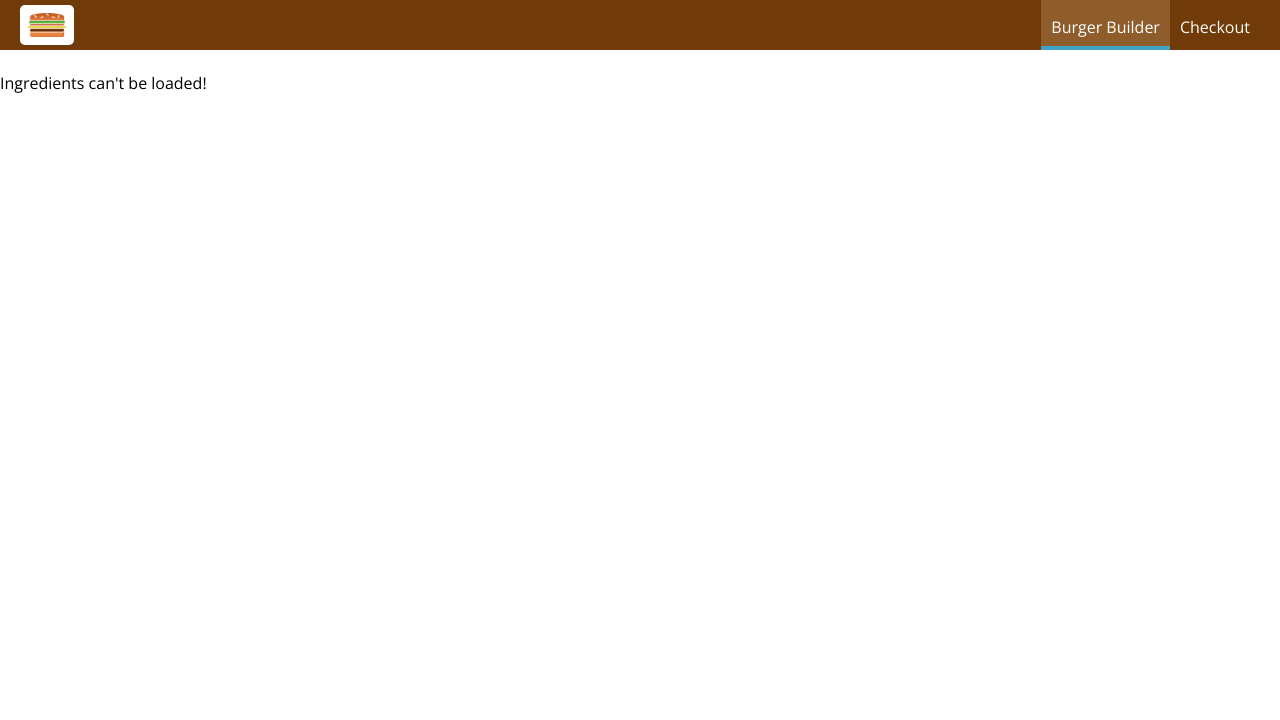
Repository: AbdulMutaal/Burger-Builder
Page: /
The author's editor kept a copy of each file at every save. The page is drawn from the files as they stood at one save, then again after the next save.
The browser window is 1280 px wide. The pictures show the whole page.
The page's requests for data from a server got no answer. The project was rebuilt for these pictures with package versions that can differ from the ones it lists, and the page was loaded fresh each time. No one was signed in, and anything a server would have sent is missing. Also part of the build but not shown: src/components/UI/Backdrop/Backdrop.module.css, src/components/UI/Backdrop/Backdrop.js, src/components/Burger/BuildControls/BuildControls.module.css, src/components/Burger/BuildControls/BuildControl/BuildControl.module.css, src/components/Burger/BuildControls/BuildControl/BuildControl.js, src/components/Burger/BuildControls/BuildControls.js, src/components/Burger/OrderSummary/OrderSummary.js, src/components/UI/Spinner/Spinner.module.css.

Above is the page before, as saved 2021-12-15 18:43:00.

### src/index.css
body {
  margin: 0;
  font-family: "Open Sans", sans-serif;
}

### src/App.js
import Layout from './hoc/Layout/Layout';
import BurgerBuilder from './containers/BurgerBuilder/BurgerBuilder';

function App() {
  return (
    <div>
      <Layout>
        <BurgerBuilder />
      </Layout>
    </div>
  );
}

export default App;

### src/hoc/Layout/Layout.js
import React, { Component } from 'react';

import Auxiliary from '../Auxiliary/Auxiliary';
import classes from './Layout.module.css';
import Toolbar from '../../components/Navigation/Toolbar/Toolbar';
import SideDrawer from '../../components/Navigation/SideDrawer/SideDrawer';

class Layout extends Component {
    state = {
        showSideDrawer: false
    };

    sideDrawerClosedHandler = () => {
        this.setState({showSideDrawer: false});
    }

    sideDrawerToggleHandler = () => {
        this.setState(( prevState ) => {
            return {showSideDrawer: !prevState.showSideDrawer}
        });
    }

    render () {
        return (
            <Auxiliary>
                <Toolbar drawerToggleClicked={this.sideDrawerToggleHandler} />
                <SideDrawer
                    open={this.state.showSideDrawer}
                    closed={this.sideDrawerClosedHandler} />
                <main className={classes.Content}>
                    {this.props.children}
                </main>
            </Auxiliary>
        );
    }
}


export default Layout;

### src/components/Navigation/Toolbar/Toolbar.js
import React from 'react';

import classes from './Toolbar.module.css';
import Logo from '../../Logo/Logo';
import NavigationItems from '../NavigationItems/NavigationItems';
import DrawerToggle from '../SideDrawer/DrawerToggle/DrawerToggle';

const toolbar = (props) => (
    <header className={classes.Toolbar}>
        <DrawerToggle clicked={props.drawerToggleClicked} />
        <div className={classes.Logo}>
            <Logo />
        </div>
        <nav className={classes.DesktopOnly}>
            <NavigationItems />
        </nav>
    </header>
);

export default toolbar;

### src/components/Navigation/SideDrawer/SideDrawer.js
import React from 'react';

import Logo from '../../Logo/Logo';
import NavigationItems from '../NavigationItems/NavigationItems';
import classes from './SideDrawer.module.css';
import Backdrop from '../../UI/Backdrop/Backdrop';
import Auxiliary from '../../../hoc/Auxiliary/Auxiliary';

const sideDrawer = (props) => {
    let attachedClasses = [classes.SideDrawer, classes.Close];

    if (props.open) {
        attachedClasses = [classes.SideDrawer, classes.Open];
    }

    return (
        <Auxiliary>
            <Backdrop show={props.open} clicked={props.closed} />
            <div className={attachedClasses.join(' ')}>
                <div className={classes.Logo}>
                    <Logo />
                </div>
                <nav>
                    <NavigationItems />
                </nav>
            </div>
        </Auxiliary>
    );
}

export default sideDrawer;

### src/components/UI/Modal/Modal.js
import React, { Component } from 'react';

import classes from './Modal.module.css';
import Auxiliary from '../../../hoc/Auxiliary/Auxiliary';
import Backdrop from '../Backdrop/Backdrop';

class Modal extends Component {

    shouldComponentUpdate (nextProps, nextState) {
        return nextProps.show !== this.props.show || nextProps.children !== this.props.children;
    }

    // componentDidUpdate () {
    //     console.log('[Modal] Will Update');
    // }

    render () {
        return (
            <Auxiliary>
                <Backdrop show={this.props.show} clicked={this.props.modalClosed} />
                <div
                    className={classes.Modal}
                    style={{
                        transform: this.props.show ? 'translateY(0)' : 'translateY(-100vh)',
                        opacity: this.props.show ? '1' : '0'
                    }}>
                    {this.props.children}
                </div>
            </Auxiliary>
        );
    }
};

export default Modal;

### src/axios-orders.js
import axios from 'axios';

const instance = axios.create({
    baseURL: 'https://burger-builder-28ccb-default-rtdb.firebaseio.com/'
});

export default instance;

### src/hoc/withErrorHandler/withErrorHandler.js
import React, {Component} from 'react';

import Modal from '../../components/UI/Modal/Modal';
import Auxiliary from '../Auxiliary/Auxiliary';

const withErrorHandler = (WrappedComponent, axios) => {
    return class extends Component {
        constructor (props) {
            super(props);

            this.state = {
                error: null
            }

            this.reqInterceptor = axios.interceptors.request.use(req => {
                this.setState({
                    error: null
                });
                return req;
            });

            this.resInterceptor = axios.interceptors.response.use(res => res, error => {
                this.setState({
                    error: error
                });
            });
        }

        componentWillUnmount() {
            axios.interceptors.request.eject(this.reqInterceptor);
            axios.interceptors.response.eject(this.resInterceptor);
        }

        errorConfirmedHandler = () => {
            this.setState({error: null});
        }

        render () {
            return (
                <Auxiliary>
                    <Modal
                        show={this.state.error}
                        modalClosed={this.errorConfirmedHandler}>
                        {this.state.error ? this.state.error.message : null}
                    </Modal>
                    <WrappedComponent {...this.props} />
                </Auxiliary>

            );
        }
    }
}

export default withErrorHandler;

### src/components/Navigation/Toolbar/Toolbar.module.css
.Toolbar {
    height: 50px;
    width: 100%;
    position: fixed;
    top: 0;
    left: 0;
    background-color: #703b09;
    display: flex;
    justify-content: space-between;
    align-items: center;
    padding: 0 20px;
    box-sizing: border-box;
    z-index: 90;
}

.Toolbar nav {
    height: 100%;
}

.Logo {
    height: 80%;
}

@media (max-width: 499px) {
    .DesktopOnly {
        display: none;
    }
}

### src/components/Logo/Logo.js
import React from 'react';

import burgerLogo from '../../assets/images/burger-logo.png';
import classes from './Logo.module.css';

const logo = (props) => (
    <div className={classes.Logo} style={{height: props.height}}>
        <img src={burgerLogo} alt="MyBurger" />
    </div>
);

export default logo;

### src/components/Navigation/NavigationItems/NavigationItems.js
import React from 'react';

import classes from './NavigationItems.module.css';
import NavigationItem from './NavigationItem/NavigationItem';

const navigationItems = () => (
    <ul className={classes.NavigationItems}>
        <NavigationItem link="/" active>Burger Builder</NavigationItem>
        <NavigationItem link="/">Checkout</NavigationItem>
    </ul>
);

export default navigationItems;

### src/components/Navigation/SideDrawer/SideDrawer.module.css
.SideDrawer {
    position: fixed;
    width: 280px;
    max-width: 70%;
    height: 100%;
    left: 0;
    top: 0;
    z-index: 200;
    background-color: white;
    padding: 32px 16px;
    box-sizing: border-box;
    transition: transform 0.3s ease-out;
}

@media (min-width: 500px) {
    .SideDrawer {
        display: none;
    }
}

.Open {
    transform: translateX(0);
}

.Close {
    transform: translatex(-100%);
}

.Logo {
    height: 11%;
    margin-bottom: 32px;
}

### src/components/Navigation/NavigationItems/NavigationItem/NavigationItem.js
import React from 'react';

import classes from './NavigationItem.module.css';

const navigationItem = (props) => (
    <li className={classes.NavigationItem}>
        <a
            href={props.link}
            className={props.active ? classes.active : null}>{props.children}</a>
    </li>
);

export default navigationItem;

### src/components/Navigation/NavigationItems/NavigationItem/NavigationItem.module.css
.NavigationItem {
    margin: 10px 0;
    box-sizing: border-box;
    display: block;
    width: 100%;
}

.NavigationItem a {
    color: #8f5c2c;
    text-decoration: none;
    width: 100%;
    box-sizing: border-box;
    display: block;
}

.NavigationItem a:hover,
.NavigationItem a:active,
.NavigationItem a.active {
    color: #40a4c8;
}

@media (min-width: 500px) {
    .NavigationItem {
        margin: 0;
        display: flex;
        height: 100%;
        width: auto;
        align-items: center;
    }

    .NavigationItem a {
        color: white;
        height: 100%;
        padding: 16px 10px;
        border-bottom: 4px solid transparent;
    }

    .NavigationItem a:hover,
    .NavigationItem a:active,
    .NavigationItem a.active {
        background-color: #8f5c2c;
        border-bottom: 4px solid #40a4c8;
        color: white;
    }
}

### src/components/Order/CheckoutSummary/CheckoutSummary.js
import React from 'react';

import Burger from '../../Burger/Burger';
import Button from '../../UI/Button/Button';
import classes from './CheckoutSummary.module.css';

const checkoutSummary = (props) => {
    return (
        <div className={classes.CheckoutSummary}>
            <h1>We hope it tastes well!</h1>
            <div style={{width: '300px', height: '300px', margin: 'auto'}}>
                <Burger ingredients={props.ingredients} />
            </div>
            <Button
                btnType="Danger"
                clicked >CANCEL</Button>
            <Button
                btnType="Success"
                clicked>CONTINUE</Button>
        </div>
    )
}

export default checkoutSummary;

### src/containers/Checkout/Checkout.js
import React, { Component } from 'react';

import CheckoutSummary from '../../components/Order/CheckoutSummary/CheckoutSummary';

class Checkout extends Component {
    state = {
        ingredients: {
            salad: 1,
            meat: 1,
            cheese: 1,
            bacon: 1
        }
    }

    render () {
        return (
            <div>
                <CheckoutSummary ingredient={this.state.ingredients} />
            </div>
        );
    }
}

export default Checkout;

### src/components/UI/Button/Button.js
import React from 'react';

import classes from './Button.module.css';

const button = (props) => (
    <button
        className={[classes.Button, classes[props.btnType]].join(' ')}
        onClick={props.clicked}>{props.children}</button>
);

export default button;

### src/components/Burger/Burger.js
import React from 'react';

import classes from './Burger.module.css';
import BurgerIngredient from './BurgerIngredient/BurgerIngredient';

const burger = (props) => {
    let transformedIngredients = Object.keys(props.ingredients)
        .map(igKey => {
            return [...Array(props.ingredients[igKey])].map((_, i) => {
                return <BurgerIngredient key={igKey + i} type={igKey} />;
            });
        })
        .reduce((arr, el) => {
            return arr.concat(el)
        }, []);

    if (transformedIngredients.length === 0) {
        transformedIngredients = <p>Please start adding ingredients!</p>;
    }

    return (
        <div className={classes.Burger}>
            <BurgerIngredient type="bread-top" />
                { transformedIngredients }
            <BurgerIngredient type="bread-bottom" />
        </div>
    );
};

export default burger;

### src/components/Burger/BurgerIngredient/BurgerIngredient.js
import React from 'react';
import PropTypes from 'prop-types';

import classes from './BurgerIngredient.module.css';

const burgerIngredient = (props) => {
    let ingredient = null;

    switch (props.type) {
        case ('bread-bottom'):
            ingredient = <div className={classes.BreadBottom}></div>;
            break;
        case ('bread-top'):
            ingredient = (
                <div className={classes.BreadTop}>
                    <div className={classes.Seeds1}></div>
                    <div className={classes.Seeds2}></div>
                </div>
            );
            break;
        case ('meat'):
            ingredient = <div className={classes.Meat}></div>;
            break;
        case ('cheese'):
            ingredient = <div className={classes.Cheese}></div>;
            break;
        case ('bacon'):
            ingredient = <div className={classes.Bacon}></div>;
            break;
        case ('salad'):
            ingredient = <div className={classes.Salad}></div>;
            break;
        default:
            ingredient = null;
    }

    return ingredient;
};

burgerIngredient.propTypes = {
    type: PropTypes.string.isRequired
};

export default burgerIngredient;

### src/components/Burger/BurgerIngredient/BurgerIngredient.module.css
.BreadBottom {
    height: 13%;
    width: 80%;
    background: linear-gradient(#F08E4A, #e27b36);
    border-radius: 0 0 30px 30px;
    box-shadow: inset -15px 0 #c15711;
    margin: 2% auto;
}

.BreadTop {
    height: 20%;
    width: 80%;
    background: linear-gradient(#bc581e, #e27b36);
    border-radius: 50% 50% 0 0;
    box-shadow: inset -15px 0 #c15711;
    margin: 2% auto;
    position: relative;
}

.Seeds1 {
    width: 10%;
    height: 15%;
    position: absolute;
    background-color: white;
    left: 30%;
    top: 50%;
    border-radius: 40%;
    transform: rotate(-20deg);
    box-shadow: inset -2px -3px #c9c9c9;
}

.Seeds1:after {
    content: "";
    width: 100%;
    height: 100%;
    position: absolute;
    background-color: white;
    left: -170%;
    top: -260%;
    border-radius: 40%;
    transform: rotate(60deg);
    box-shadow: inset -1px 2px #c9c9c9;
  }

.Seeds1:before {
    content: "";
    width: 100%;
    height: 100%;
    position: absolute;
    background-color: white;
    left: 180%;
    top: -50%;
    border-radius: 40%;
    transform: rotate(60deg);
    box-shadow: inset -1px -3px #c9c9c9;
  }

  .Seeds2 {
    width: 10%;
    height: 15%;
    position: absolute;
    background-color: white;
    left: 64%;
    top: 50%;
    border-radius: 40%;
    transform: rotate(10deg);
    box-shadow: inset -3px 0 #c9c9c9;
  }

  .Seeds2:before {
    content: "";
    width: 100%;
    height: 100%;
    position: absolute;
    background-color: white;
    left: 150%;
    top: -130%;
    border-radius: 40%;
    transform: rotate(90deg);
    box-shadow: inset 1px 3px #c9c9c9;
  }


.Meat {
    width: 80%;
    height: 8%;
    background: linear-gradient(#7f3608, #702e05);
    margin: 2% auto;
    border-radius: 15px;
}

.Cheese {
    width: 90%;
    height: 4.5%;
    margin: 2% auto;
    background: linear-gradient(#f4d004, #d6bb22);
    border-radius: 20px;
}

.Salad {
    width: 85%;
    height: 7%;
    margin: 2% auto;
    background: linear-gradient(#228c1d, #91ce50);
    border-radius: 20px;
}

.Bacon {
    width: 80%;
    height: 3%;
    background: linear-gradient(#bf3813, #c45e38);
    margin: 2% auto;
}

Loaded but not shown: public/index.html (common file); src/index.js (common file); src/reportWebVitals.js (common file); src/hoc/Auxiliary/Auxiliary.js (common file); src/hoc/Layout/Layout.module.css (common file); src/components/UI/Spinner/Spinner.js (common file); src/components/Navigation/SideDrawer/DrawerToggle/DrawerToggle.js (common file); src/components/UI/Modal/Modal.module.css (common file); src/components/Logo/Logo.module.css (common file); src/components/Navigation/NavigationItems/NavigationItems.module.css (common file); src/components/Navigation/SideDrawer/DrawerToggle/DrawerToggle.module.css (common file); src/components/Burger/Burger.module.css (common file); src/components/Order/CheckoutSummary/CheckoutSummary.module.css (common file); src/components/UI/Button/Button.module.css (common file); src/containers/BurgerBuilder/BurgerBuilder.js (169 lines, source omitted)

After the next save:
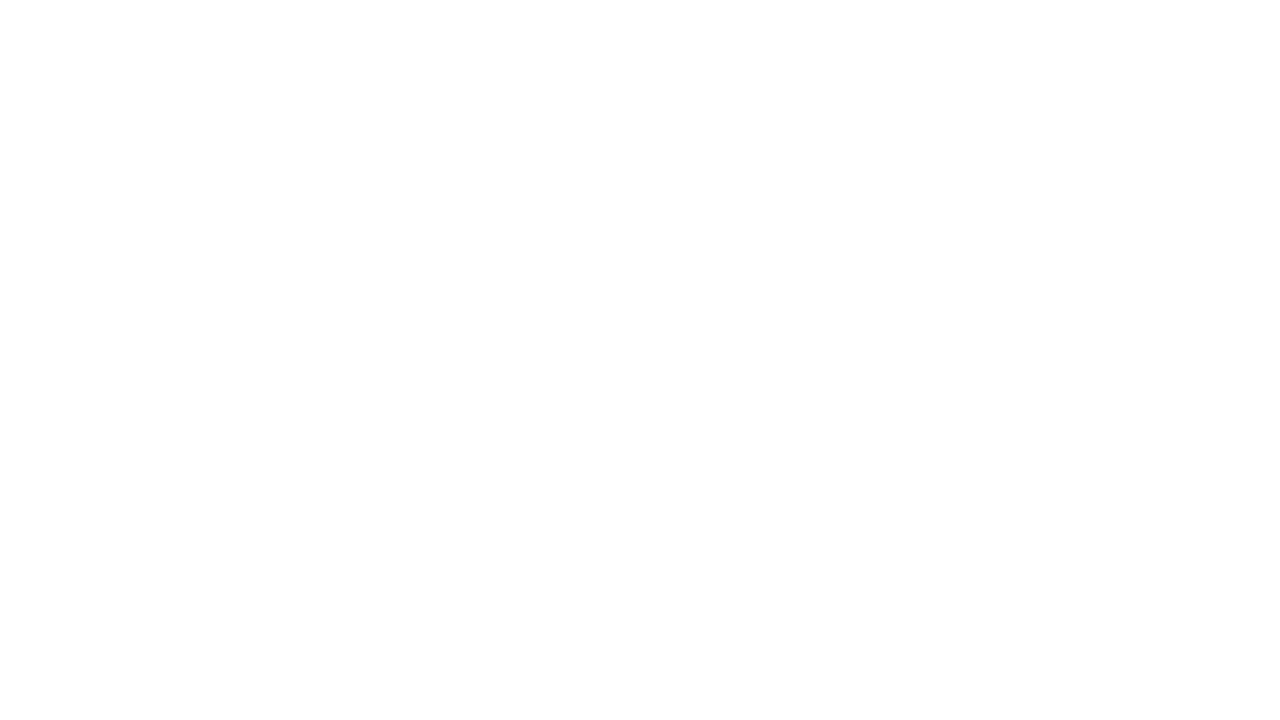
Console error: TypeError: Cannot convert undefined or null to object
Saved 41 s later.
--- a/src/App.js
+++ b/src/App.js
@@ -1,11 +1,13 @@
 import Layout from './hoc/Layout/Layout';
 import BurgerBuilder from './containers/BurgerBuilder/BurgerBuilder';
+import Checkout from './containers/Checkout/Checkout';
 
 function App() {
   return (
     <div>
       <Layout>
         <BurgerBuilder />
+        <Checkout />
       </Layout>
     </div>
   );

After the 2 saves that followed:
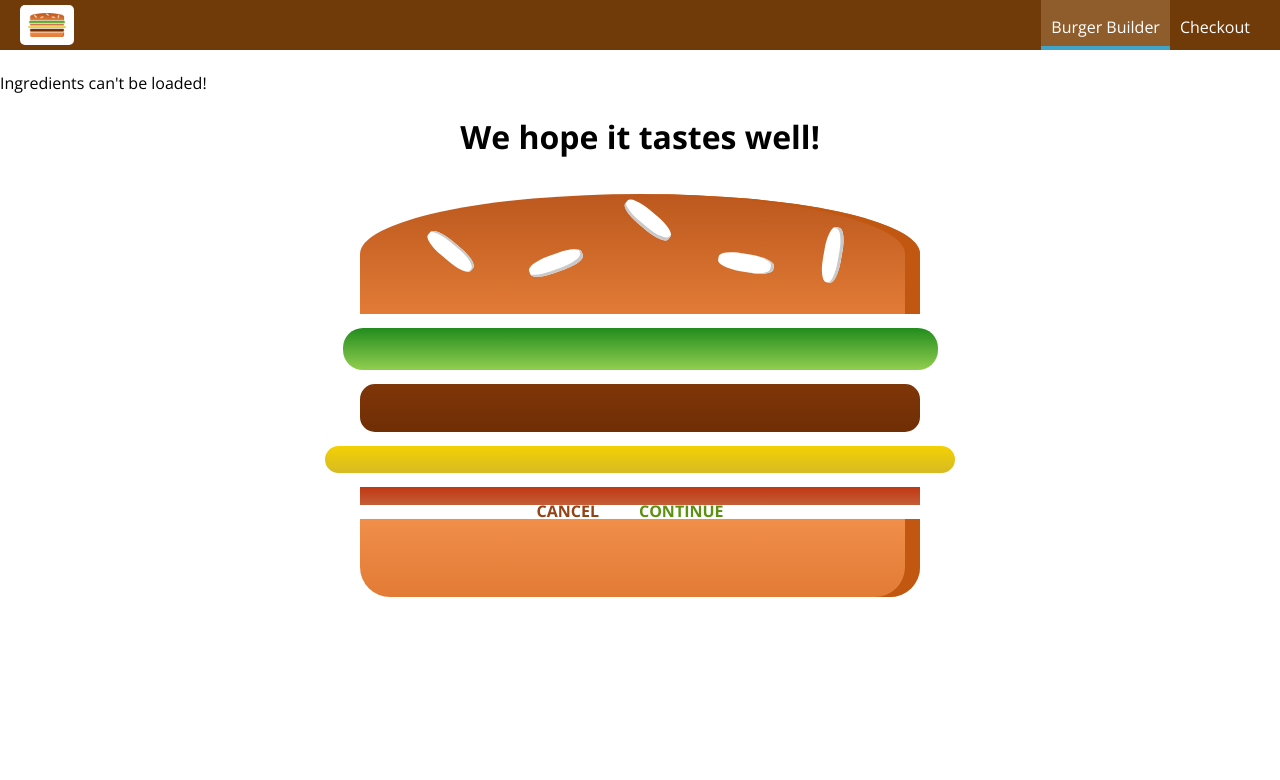
The error is gone.
The 2 saves are shown as one change because 1 left the picture as it was.
The last was saved 79 s later.
--- a/src/containers/Checkout/Checkout.js
+++ b/src/containers/Checkout/Checkout.js
@@ -15,7 +15,7 @@ class Checkout extends Component {
     render () {
         return (
             <div>
-                <CheckoutSummary ingredient={this.state.ingredients} />
+                <CheckoutSummary ingredients={this.state.ingredients} />
             </div>
         );
     }
--- a/src/components/Order/CheckoutSummary/CheckoutSummary.js
+++ b/src/components/Order/CheckoutSummary/CheckoutSummary.js
@@ -8,7 +8,7 @@ const checkoutSummary = (props) => {
     return (
         <div className={classes.CheckoutSummary}>
             <h1>We hope it tastes well!</h1>
-            <div style={{width: '300px', height: '300px', margin: 'auto'}}>
+            <div style={{width: '100%', height: '300px', margin: 'auto'}}>
                 <Burger ingredients={props.ingredients} />
             </div>
             <Button
